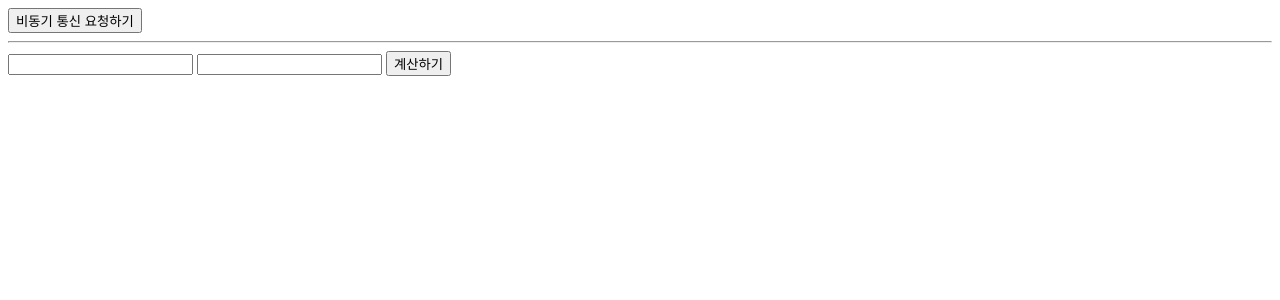
Repository: JangGunWook/Spring_webStudy
Page: http://localhost/SpringMVC01/AJAX01.jsp
An editor plug-in stored every save of this project. The page is shown before and after the next save, followed by the edit.
The browser window is 1280 px wide. The pictures show the whole page.
The page is served by Tomcat 9. Nobody is signed in. The application's start-up code is not run. Other server files are loaded and not shown.

Above is the page before, as saved 2023-10-19 00:48:19.

### SpringMVC01/src/main/webapp/AJAX01.jsp
<%@ page language="java" contentType="text/html; charset=UTF-8"
	pageEncoding="UTF-8"%>
<!DOCTYPE html>
<html>
<head>
<meta charset="UTF-8">
<title>Insert title here</title>
</head>
<body>

	<button id="reqBtn">비동기 통신 요청하기</button>


	<hr>

	<input id="num1" type="number">
	<input id="num2" type="number">
	<button id="calBtn">계산하기</button>

	<script src="https://code.jquery.com/jquery-3.7.1.min.js"></script>
	<script src="resources/js/ajax01.js"></script>
</body>
</html>

### SpringMVC01/src/main/webapp/resources/js/ajax01.js
/**
 *
 */
// 1. HTML DOM 객체 가져오기(jQuery ver)

const reqBtn = $("#reqBtn");

// 2. 이벤트 달아주기
//.on("이벤트 종류", function)
reqBtn.on("click", function() {
	let num1 = $("#num1").val();
	let num2 = $("#num2").val();
	// 3. 이벤트 내용
	console.log("클릭됨!");

	// 비동기 통신을 사용해서 요청하기
	$.ajax({
		url: "ajax01",
		type: "get",
		data: {
			// key:value
			// 보내고 싶은 데이터
			"num1": num1,
			"num2": num2
		},
		success: function(res) {
			// 요청-응답이 성공했을 때, 실행되는 함수
			console.log(res)
		},
		erro: function(e) { }
		// 요청-응답이 실패했을 때, 싱행되는 함수
	});

});

//======================================================================================================
// 참고 : js파일 수정냉ㅇ이 적용이 안되면
//		chrome에서 ctrl + shift + delete -> 인터넷 사용기록 삭제
// 1. 사용자가 input태그에 두수를 입력

// 2. 계산하기 버튼을 누르면
//		1) 비동기 통ㅅ힌을 이용해서, 두수ㅡㄹ 서버로 전송

//		2) 서버에서 두 수를 수집하고, 두 수의 곱을 계산해서 응답

//		3) 응답받은 데이터를 javascript의 console창에 출력


const calBtn = $("#calBtn");
// 1. 덧셈
calBtn.on("click", function() {

	let num1 = $("#num1").val();
	console.log(num1)
	let num2 = $("#num2").val();

	$.ajax({
		url: "ajax01",
		type: "get",
		data: {
			"num1": num1,
			"num2": num2
		},
		success: function(res) {
			console.log(res)
		},
		erro: function(e) {
			console.log(e)
		}
	})
})

const mulBtn = $("#mulBtn");
// 2. 곱셈
mulBtn.on("click", function() {

	let num1 = $("#num1").val();
	console.log(num1)
	let num2 = $("#num2").val();

	$.ajax({
		url: "multi",
		type: "get",
		data: {
			"num1": num1,
			"num2": num2
		},
		success: function(res) {
			console.log(res)
		},
		erro: function(e) {
			console.log(e)
		}
	})
})

After the next save:
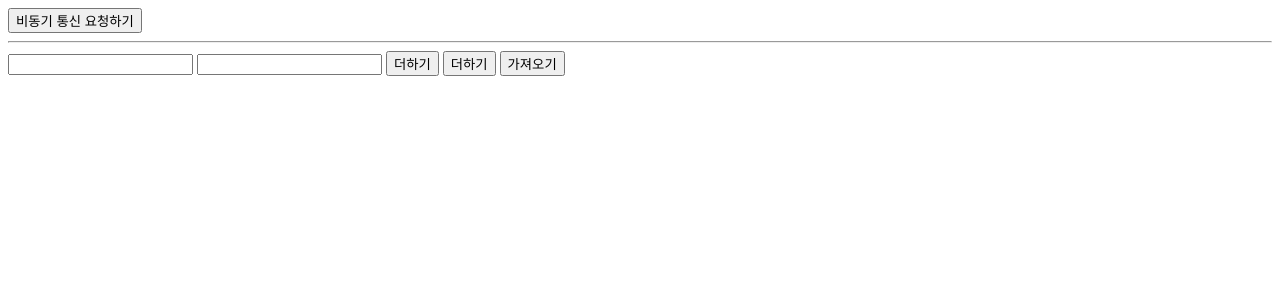
Saved 18 s later.
--- a/SpringMVC01/src/main/webapp/AJAX01.jsp
+++ b/SpringMVC01/src/main/webapp/AJAX01.jsp
@@ -15,7 +15,11 @@
 
 	<input id="num1" type="number">
 	<input id="num2" type="number">
-	<button id="calBtn">계산하기</button>
+	<button id="calBtn">더하기</button>
+	<button id="mulBtn">더하기</button>
+
+	<button id="reqBtn">가져오기</button>
+
 
 	<script src="https://code.jquery.com/jquery-3.7.1.min.js"></script>
 	<script src="resources/js/ajax01.js"></script>
